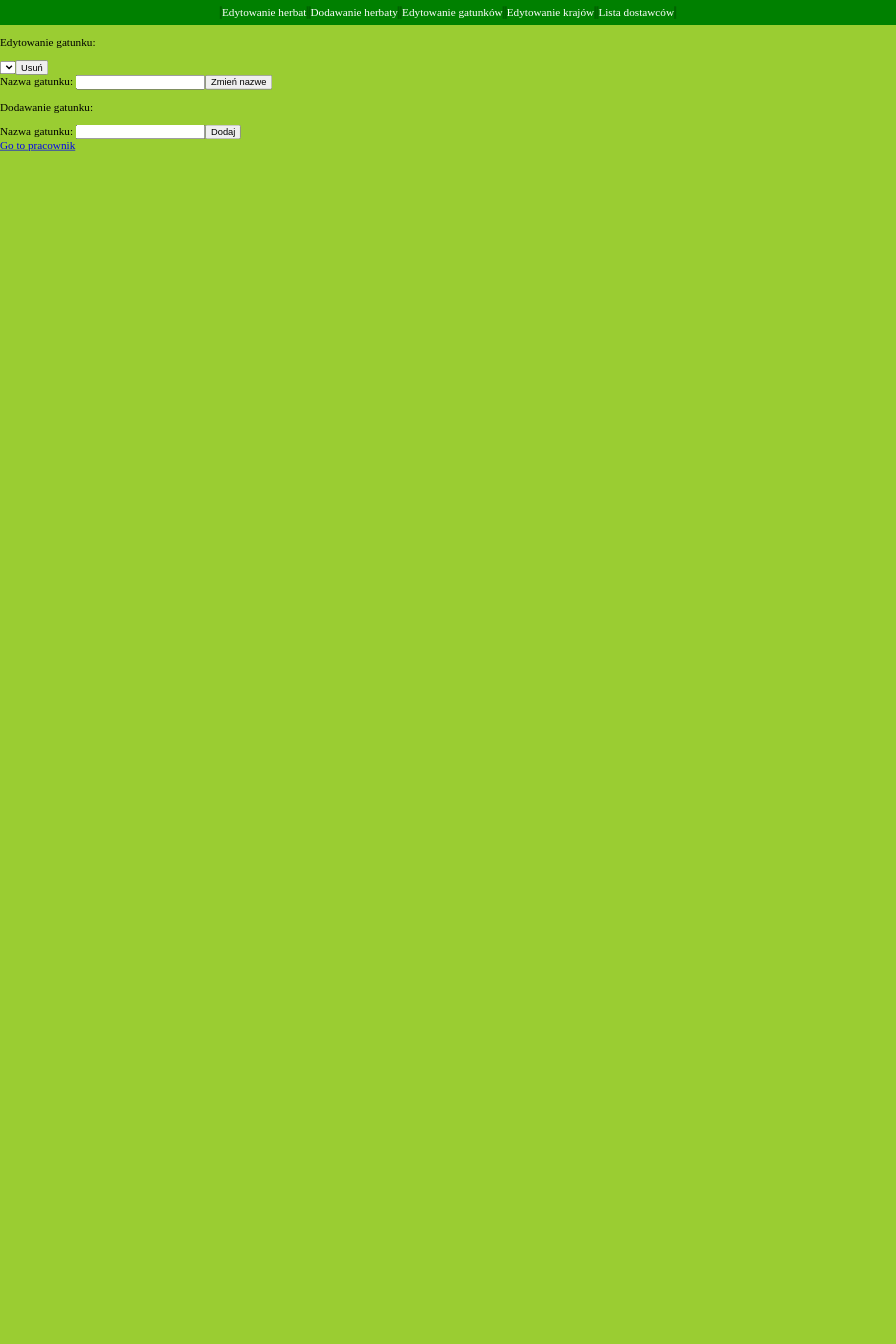
Repository: AdamKoliweszka/HerbaciarniaFrontend
Page: /pracownik/gatunki
These files come from the project's save history. The page is drawn as it stood at one moment and after the next save; the edit follows.
The browser window is 1280 px wide. The pictures show the part of the page from y = 0 to 1920 px (the page is 3000 px tall), at 70% of full size.
The project was rebuilt for these pictures with package versions that can differ from the ones it lists, and the page was loaded fresh each time. Also part of the build but not shown: src/components/Logowanie.vue, src/components/Filtracja.vue, src/components/ListaHerbatKlient.vue, src/components/WyszukiwanieHerbat.vue, src/components/EdytowanieDanych.vue, src/PrzegladHerbatKlient.vue, src/components/FiltracjaPracownik.vue, src/components/ListaHerbatPracownik.vue and 7 more.

Above is the page before, as saved 2019-04-11 21:24:08.

### public/index.html
<!DOCTYPE html>
<html lang="en">

<head>
  <meta charset="utf-8">
  <meta http-equiv="X-UA-Compatible" content="IE=edge">
  <meta name="viewport" content="width=device-width,initial-scale=1.0">
  <link rel="icon" href="<%= BASE_URL %>favicon.ico">
  <title>herbaciarniafrontend</title>
  <style type="text/css">
    html {
      min-height: 100%;
      display: block;
    }

    body {
      height: 100%;
      margin: 0;
      background-color: yellowgreen;
      box-sizing: border-box;
      display: block;
      height: 3000px;
    }
  </style>
</head>

<body>
  <noscript>
    <strong>We're sorry but herbaciarniafrontend doesn't work properly without JavaScript enabled. Please enable it to
      continue.</strong>
  </noscript>
  <div id="app"></div>
  <!-- built files will be auto injected -->
</body>

</html>

### src/main.js
import Vue from 'vue';
import VueRouter from 'vue-router';
import App from './App.vue';
import PrzegladHerbatKlient from "./PrzegladHerbatKlient.vue";
import PrzegladHerbatPracownik from "./PrzegladHerbatPracownik.vue";
import PrzegladKrajowPracownik from "./PrzegladKrajowPracownik.vue";
import PrzegladGatunkowPracownik from "./PrzegladGatunkowPracownik.vue";
import EdytowanieHerbatyPracownik from "./EdytowanieHerbatyPracownik.vue";
import DodawanieHerbatyPracownik from "./DodawanieHerbatyPracownik.vue";
import PrzegladDostawcowPracownik from "./PrzegladDostawcowPracownik.vue";

Vue.use(VueRouter);

const routes = [
    {path: "/" ,component: PrzegladHerbatKlient},
    {path: "/pracownik", component: PrzegladHerbatPracownik},
    {path: "/pracownik/kraje", component: PrzegladKrajowPracownik},
    {path: "/pracownik/gatunki", component: PrzegladGatunkowPracownik},
    {path: "/pracownik/dostawcy", component: PrzegladDostawcowPracownik},
    {path: "/pracownik/herbaty/:id", component: EdytowanieHerbatyPracownik},
    {path: "/pracownik/dodawanieHerbaty/", component: DodawanieHerbatyPracownik}
];
const router = new VueRouter({
  routes,
  mode:"history"
})


new Vue({
  el: '#app',
  router,
  render: h => h(App)
});

### src/App.vue
<template>
  <div id="app">
    <router-view> </router-view>
    <router-link to="/pracownik">Go to pracownik</router-link>
  </div>
</template>

<script>

export default {
  name: "app",
  data: function() {
    return {

    };
  }
};
</script>

<style>
</style>

### src/PrzegladGatunkowPracownik.vue
<template>
  <div id="app">
    <MenuPracownik/>
    <div class="EdycjaContainer">
      <div class="EdycjaContainerItem">
        <p>Edytowanie gatunku:</p>
        <select
          v-model="selectedGatunek"
          @change="aktualizacjaNazwyGatunku()"
          class="combo_EdytowanieGatunkow"
        >
          <option
            v-for="Gatunek in gatunki"
            :value="Gatunek"
            v-bind:key="'gatunek' + Gatunek.nazwa_gatunku"
          >{{Gatunek.nazwa_gatunku}}</option>
        </select>
        <input type="button" class="button_EdytowanieGatunkow" value="Usuń" @click="usunGatunek">
        <br>Nazwa gatunku:
        <input type="text" v-model="nowaNazwaGatunku">
        <input
          type="button"
          class="button_EdytowanieGatunkow"
          value="Zmień nazwe"
          @click="aktualizacjaGatunku"
        >
      </div>
      <div class="EdycjaContainerItem">
        <p>Dodawanie gatunku:</p>Nazwa gatunku:
        <input type="text" v-model="nazwaNowegoGatunku">
        <input
          type="button"
          class="button_EdytowanieGatunkow"
          value="Dodaj"
          @click="dodawanieGatunku"
        >
      </div>
      <div
        v-if="komunikatEdycjaGatunku == 'komunikatGatunekNiezdefiniowany'"
        class="komunikatBledu"
      >Gatunek "Niezdefiniowany" niemoże ulec zmianie!</div>
      <div
        v-if="komunikatEdycjaGatunku == 'komunikatGatunekPusty'"
        class="komunikatBledu"
      >Nie został wybrany gatunek!</div>
      <div
        v-if="komunikatEdycjaGatunku == 'komunikatGatunekDodany'"
        class="komunikatPowodzenia"
      >Gatunek poprawnie dodany!</div>
      <div
        v-if="komunikatEdycjaGatunku == 'komunikatGatunekUsuniety'"
        class="komunikatPowodzenia"
      >Gatunek poprawnie usunięty!</div>
      <div
        v-if="komunikatEdycjaGatunku == 'komunikatGatunekZmieniony'"
        class="komunikatPowodzenia"
      >Nazwa gatunku została zmieniona!</div>
    </div>
  </div>
</template>

<script>
import DataAccess from "@/components/DataAccess.js";
import MenuPracownik from "@/components/MenuPracownik.vue";
import EdytowanieGatunkow from "@/components/EdytowanieGatunkow.vue";
export default {
  name: "PanelPracownika",
  components: {
    MenuPracownik,
    EdytowanieGatunkow
  },
  mounted(){
    DataAccess.getGatunki().then(data => {
      this.gatunki = data;
    });
  },
  data: function() {
    return {
      gatunki: [],
      selectedGatunek: null,
      nowaNazwaGatunku: "",
      nazwaNowegoGatunku: "",
      komunikatEdycjaGatunku: "",
      nowyGatunek: {
        id_gatunku: 0,
        nazwa_gatunku: ""
      },
      adresIPPort: "10.211.55.5:8086"
    };
  },
  methods: {
    aktualizacjaNazwyGatunku() {
      this.nowaNazwaGatunku = this.selectedGatunek.nazwa_gatunku;
      this.komunikatEdycjaGatunku = "komunikatBleduNiewidoczny";
    },
    usunGatunek() {
      if (this.selectedGatunek == null) {
        this.komunikatEdycjaGatunku = "komunikatGatunekPusty";
      } else if (this.selectedGatunek.id_gatunku > 1) {
        DataAccess.usuwanieGatunku(this.selectedGatunek.id_gatunku).then(() => {
          DataAccess.getGatunki().then(data => {
            this.gatunki = data;
          });
        });
        this.nowaNazwaGatunku = "";
        this.komunikatEdycjaGatunku = "komunikatGatunekUsuniety";
      } else {
        this.komunikatEdycjaGatunku = "komunikatGatunekNiezdefiniowany";
      }
    },
    aktualizacjaGatunku() {
      if (this.selectedGatunek == null) {
        this.komunikatEdycjaGatunku = "komunikatGatunekPusty";
      } else if (this.selectedGatunek.id_gatunku > 1) {
        this.selectedGatunek.nazwa_gatunku = this.nowaNazwaGatunku;
        DataAccess.aktualizacjaGatunku(this.selectedGatunek).then(() => {
          DataAccess.getGatunki().then(data => {
            this.gatunki = data;
          });
        });
        this.nowaNazwaGatunku = "";
        this.komunikatEdycjaGatunku = "komunikatGatunekZmieniony";
      } else {
        this.komunikatEdycjaGatunku = "komunikatGatunekNiezdefiniowany";
      }
    },
    dodawanieGatunku() {
      this.nowyGatunek.nazwa_gatunku = this.nazwaNowegoGatunku;
      DataAccess.dodawanieGatunku(this.nowyGatunek).then(() => {
        DataAccess.getGatunki().then(data => {
          this.gatunki = data;
        });
      });
      this.nazwaNowegoGatunku = "";
      this.komunikatEdycjaGatunku = "komunikatGatunekDodany";
    }
  }
};
</script>

<style>
</style>

### src/components/GorneMenu.vue
<template>
  <div id="app">
    <div class="KontenerMenu">
      <input v-for="item in listaItemow" :key="item.nazwa" type="button" @click="$emit('click',item)" :value="item.nazwa" class="itemMenu">

    </div>
    <div class="PasekOdstepuMenu"></div>
  </div>
</template>

<script>
export default {
  name: "MenuPracownik",
  props: {
    listaItemow: Array
  },
  data: function() {
    return {
      wybor: 1
    };
  },
  methods: {
    click(wybor) {
      this.wybor = wybor;
    }
  }
};
</script>


<style>
.itemMenu {
  background-color: green;
  text-align: center;
  border-style: none solid none solid;
  border-color: darkgreen;
  color: white;
  display: block;
}
.itemMenu:hover {
  padding-top: 40px;
}

.KontenerMenu {
  width: 100%;
  height: 40px;
  position: fixed;
  background-color: green;
  display: flex;
  justify-content: center;
  align-items: center;
}
.PasekOdstepuMenu {
  width: 100%;
  height: 40px;
}
</style>

### src/components/MenuPracownik.vue
<template>
  <div id="app">
    <div class="KontenerMenu">
      <router-link class="itemMenu" to="/pracownik">Edytowanie herbat</router-link>
      <router-link class="itemMenu" to="/pracownik/dodawanieHerbaty">Dodawanie herbaty</router-link>
      <router-link class="itemMenu" to="/pracownik/gatunki">Edytowanie gatunków</router-link>
      <router-link class="itemMenu" to="/pracownik/kraje">Edytowanie krajów</router-link>
      <router-link class="itemMenu" to="/pracownik/dostawcy">Lista dostawców</router-link>
    </div>
    <div class="PasekOdstepuMenu"></div>
  </div>
</template>

<script>
export default {
  name: "MenuPracownik",

};
</script>


<style>
.itemMenu {
  background-color: green;
  text-align: center;
  border-style: none solid none solid;
  border-color: darkgreen;
  color: white;
  display: block;
  text-decoration: none;
}
.itemMenu:hover {
  padding-top: 5vh;
}

.KontenerMenu {
  width: 100%;
  height: 5vh;
  position: fixed;
  background-color: green;
  display: flex;
  justify-content: center;
  align-items: center;
}
.PasekOdstepuMenu {
  width: 100%;
  height: 5vh;
}
</style>

### src/components/DataAccess.js
import axios from "axios";
var DataAccess = {
    adresIPPort: "localhost:8086",
    user: {
        username: "bill",
        password: "abc123"
    },
    getAllTea() {
        return axios
            .get("http://" + this.adresIPPort + "/myapp/Herbaty/Wszystkie", {
                params: null,
                withCredentials: true,
                auth: {
                    username: this.user.username,
                    password: this.user.password
                }
            })
            .then(response => {
                return response.data;
            })
            .catch(() => {
                return null;
            });
    },
    getAllTeaById(id) {
        var link = "http://" + this.adresIPPort + "/myapp/Herbaty/Wszystkie/" + id;
        return axios
            .get(link, {
                params: null,
                withCredentials: true,
                auth: {
                    username: this.user.username,
                    password: this.user.password
                }
            })
            .then(response => {
                return response.data;
            });
    },
    addTea(tea) {
        return axios.post(
            "http://" + this.adresIPPort + "/myapp/Herbaty",
            tea, {
                params: null,
                withCredentials: true,
                auth: {
                    username: this.user.username,
                    password: this.user.password
                }
            }
        );
    },
    updateTea(tea) {
        return axios.put(
            "http://" + this.adresIPPort + "/myapp/Herbaty",
            tea, {
                params: null,
                withCredentials: true,
                auth: {
                    username: this.user.username,
                    password: this.user.password
                }
            }
        );
    },
    getAllTeaFiltred(argument) {
        return axios
            .post(
                "http://" + this.adresIPPort + "/myapp/Herbaty/Wszystkie",
                argument, {
                    params: null,
                    withCredentials: true,
                    auth: {
                        username: this.user.username,
                        password: this.user.password
                    }
                }
            )
            .then(response => {
                return response.data;
            });
    },
    getAvaibleTea() {
        return axios
            .get("http://" + this.adresIPPort + "/myapp/Herbaty/Dostepne", {
                params: null,
                withCredentials: true,
                auth: {
                    username: this.user.username,
                    password: this.user.password
                }
            })
            .then(response => {
                return response.data;
            });

    },
    getAvaibleTeaFiltred(argument) {
        return axios
            .post(
                "http://" + this.adresIPPort + "/myapp/Herbaty/Dostepne",
                argument
            )
            .then(response => {
                return response.data;
            });
    },
    getSpecies() {
        return axios
            .get("http://" + this.adresIPPort + "/myapp/GatunkiHerbaty")
            .then(response => {
                return response.data;
            })
            .catch(() => {
                return null;
            });
    },
    addSpecies(newSpecies) {
        return axios.post(
            "http://" + this.adresIPPort + "/myapp/GatunkiHerbaty", newSpecies,
            {
                params: null,
                withCredentials: true,
                auth: {
                    username: this.user.username,
                    password: this.user.password
                }
            }
        );
    },
    updateSpecies(species) {
        return axios.put(
            "http://" + this.adresIPPort + "/myapp/GatunkiHerbaty",
            species, {
                params: null,
                withCredentials: true,
                auth: {
                    username: this.user.username,
                    password: this.user.password
                }
            }
        );
    },
    deleteSpecies: function (id) {
        var link = "http://" + this.adresIPPort + "/myapp/GatunkiHerbaty/";
        link += id;
        return axios.delete(link, {
            params: null,
            withCredentials: true,
            auth: {
                username: this.user.username,
                password: this.user.password
            }
        });
    },
    getCountries() {
        return axios
            .get("http://" + this.adresIPPort + "/myapp/KrajePochodzenia")
            .then(response => {
                return response.data;
            })
            .catch(() => {
                return null;
            });
    },
    addCountry(newCountry) {
        return axios.post(
            "http://" + this.adresIPPort + "/myapp/KrajePochodzenia", newCountry,
            {
                params: null,
                withCredentials: true,
                auth: {
                    username: this.user.username,
                    password: this.user.password
                }
            }
        );
    },
    updateCountry(country) {
        return axios.put(
            "http://" + this.adresIPPort + "/myapp/KrajePochodzenia",
            country, {
                params: null,
                withCredentials: true,
                auth: {
                    username: this.user.username,
                    password: this.user.password
                }
            }
        );
    },
    deleteCountry: function (id) {
        var link = "http://" + this.adresIPPort + "/myapp/KrajePochodzenia/";
        link += id;
        return axios.delete(link, {
            params: null,
            withCredentials: true,
            auth: {
                username: this.user.username,
                password: this.user.password
            }
        });
    },
    getProviders() {
        return axios
            .get("http://" + this.adresIPPort + "/myapp/Dostawcy")
            .then(response => {
                return response.data;
            })
            .catch(() => {
                return null;
            });
    },
}
export default DataAccess
//opisanie api serwera

//Herbaty
//Post - pracownik - dodanie herbaty
//Put - pracownik - aktualizacja

//Herbaty/Dostepne
//Get wszyscy
//Post wszyscy - wyszukiwanie z argumentem

//Herbaty/Wszystkie:
//Get pracownik
//Post pracownik - wyszukiwanie z argumentem

//Herbaty/Wszystkie/{id}:
//Get pracownik

//GatunkiHerbaty
//Get wszyscy
//Delete pracownik
//Put pracownik
//Post pracownik

//KrajePochodzenia
//Get wszyscy
//Delete pracownik
//Put pracownik
//Post pracownik

After the next save:
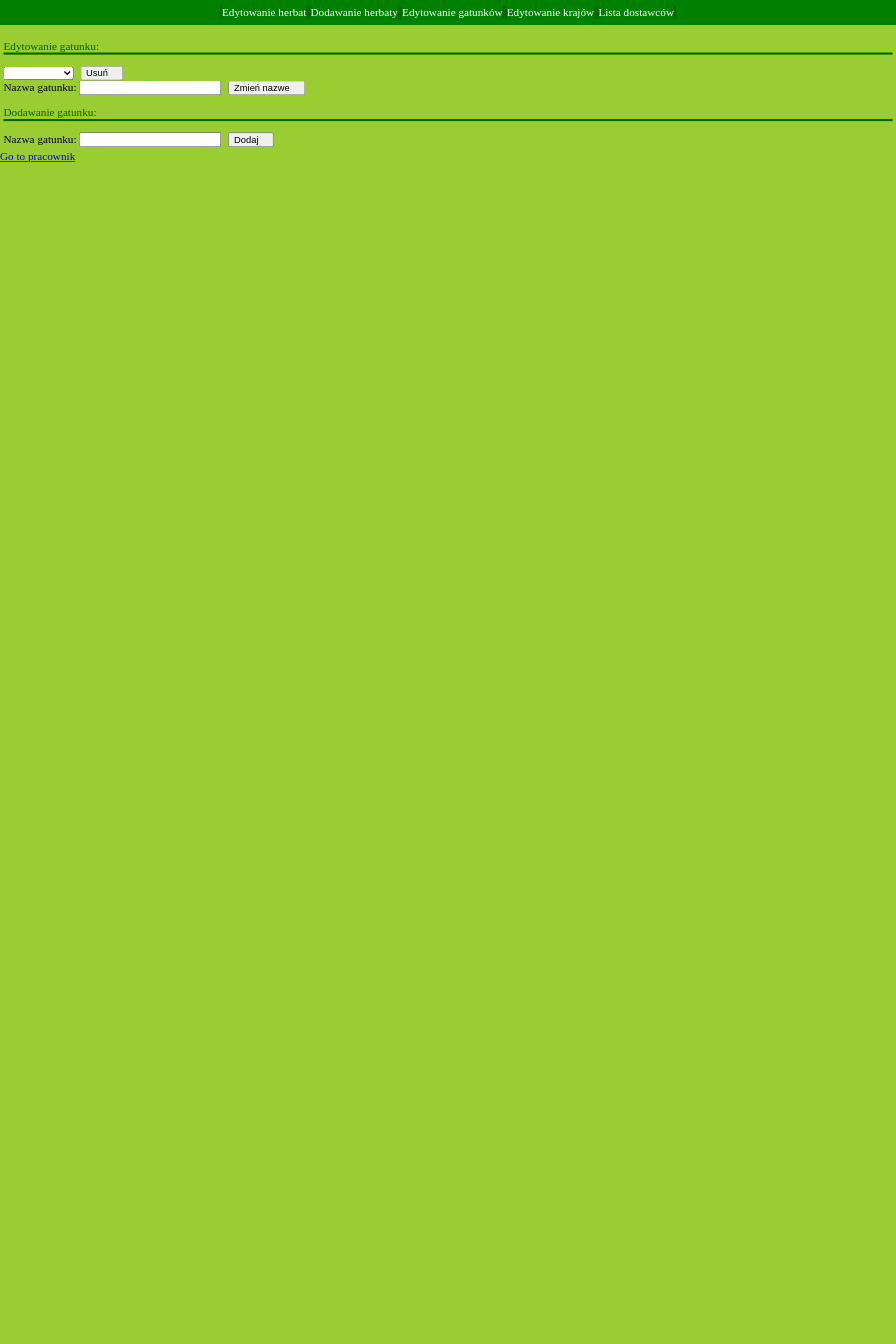
Saved 15 s later.
--- a/src/PrzegladGatunkowPracownik.vue
+++ b/src/PrzegladGatunkowPracownik.vue
@@ -139,4 +139,34 @@ export default {
 </script>
 
 <style>
+.EdycjaContainer {
+  background-color: yellowgreen;
+  display: flex;
+  flex-direction: column;
+  align-items: center;
+  padding: 5px;
+}
+.EdycjaContainerItem {
+  flex: 1;
+  width: 100%;
+}
+.EdycjaContainer p {
+  display: block;
+  border-style: none none solid none;
+  border-bottom-color: darkgreen;
+  color: darkgreen;
+}
+.EdycjaContainer input {
+  padding-right: 20px;
+}
+.button_EdytowanieGatunkow {
+  margin-left: 10px;
+}
+.combo_EdytowanieGatunkow {
+  width: 100px;
+}
+
+.inputText {
+  width: 100px;
+}
 </style>
